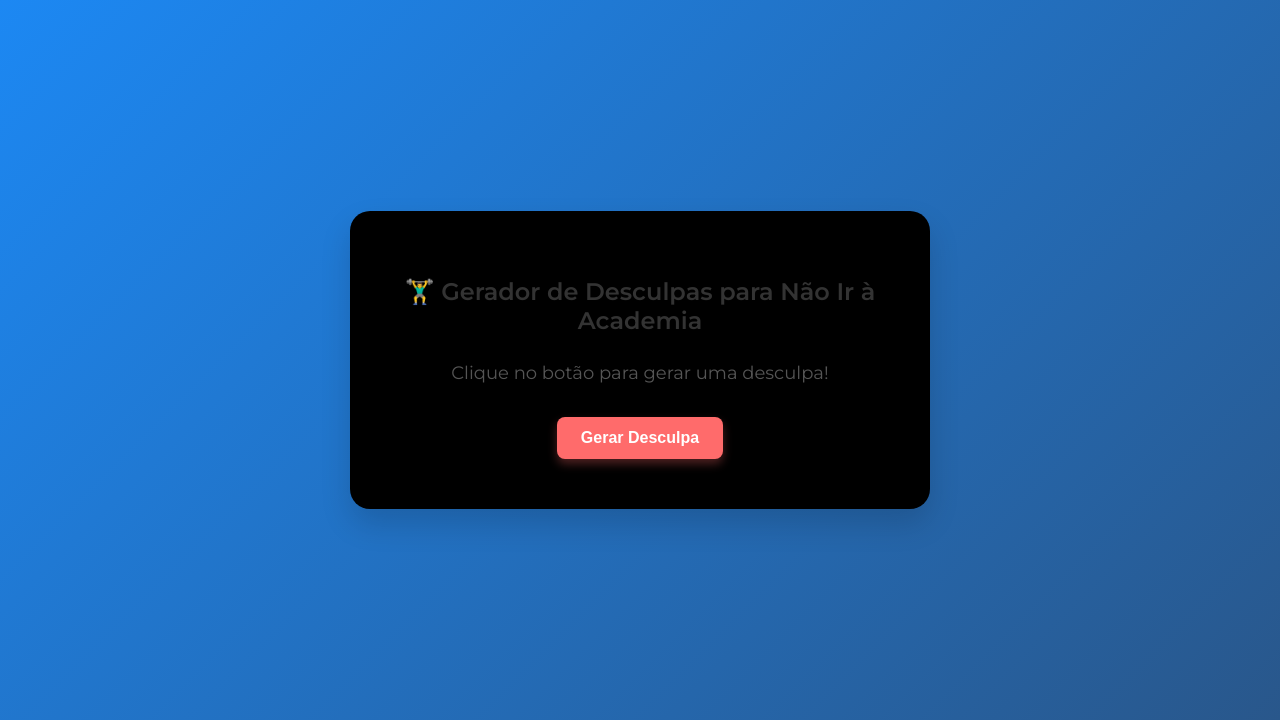
Repository: Wbyh7z/gerador-de-projeto
Page: index.html
These files come from the project's save history. The page is drawn as it stood at one moment and after the next save; the edit follows.
The browser window is 1280 px wide. The pictures show the whole page.

Above is the page before, as saved 2025-08-08 15:25:19.

### index.html
<!DOCTYPE html>
<html lang="pt-BR">
<head>
  <meta charset="UTF-8">
  <title>Gerador de Desculpas</title>
  <link rel="stylesheet" href="style.css">
</head>
<body>
  <div class="container">
    <h1>🏋️‍♂️ Gerador de Desculpas para Não Ir à Academia</h1>
    <p id="desculpa">Clique no botão para gerar uma desculpa!</p>
    <button onclick="gerarDesculpa()">Gerar Desculpa</button>
  </div>
  <script src="index.js"></script>
</body>
</html>

### style.css
@import url('https://fonts.googleapis.com/css2?family=Montserrat:wght@400;600&display=swap');

body {
  font-family: 'Montserrat', sans-serif;
  background: linear-gradient(135deg, #1c88f3, #29578b);
  display: flex;
  justify-content: center;
  align-items: center;
  height: 100vh;
  margin: 0;
}

.container {
  background-color: #000000;
  padding: 50px 40px;
  border-radius: 20px;
  box-shadow: 0 15px 30px rgba(0, 0, 0, 0.15);
  text-align: center;
  max-width: 500px;
  width: 90%;
  transition: all 0.3s ease;
}

h1 {
  font-size: 24px;
  color: #333;
  margin-bottom: 25px;
}

#desculpa {
  font-size: 18px;
  color: #555;
  margin-bottom: 30px;
  line-height: 1.5;
}

button {
  padding: 12px 24px;
  font-size: 16px;
  background-color: #ff6b6b;
  color: white;
  border: none;
  border-radius: 8px;
  cursor: pointer;
  font-weight: 600;
  box-shadow: 0 5px 10px rgba(255, 107, 107, 0.3);
  transition: background-color 0.3s ease, transform 0.2s ease;
}

button:hover {
  background-color: #ff4c4c;
  transform: scale(1.05);
}

### index.js
const inicios = [
  "Hoje não vai dar porque",
  "Infelizmente não posso ir porque",
  "A academia vai ter que esperar, pois"
];

const motivos = [
  "meu joelho está em greve",
  "o universo mandou sinais contraditórios",
  "meu gato está carente",
  "minha motivação tirou férias",
  "a gravidade está mais forte hoje"
];

const finais = [
  "...e eu respeito os ciclos cósmicos.",
  "...e não quero desafiar o destino.",
  "...e isso é autocuidado.",
  "...e meu sofá precisa de mim.",
  "...e é uma questão de sobrevivência emocional."
];

function gerarDesculpa() {
  const inicio = inicios[Math.floor(Math.random() * inicios.length)];
  const motivo = motivos[Math.floor(Math.random() * motivos.length)];
  const final = finais[Math.floor(Math.random() * finais.length)];

  const desculpa = `${inicio} ${motivo} ${final}`;
  document.getElementById("desculpa").textContent = desculpa;
}

After the next save:
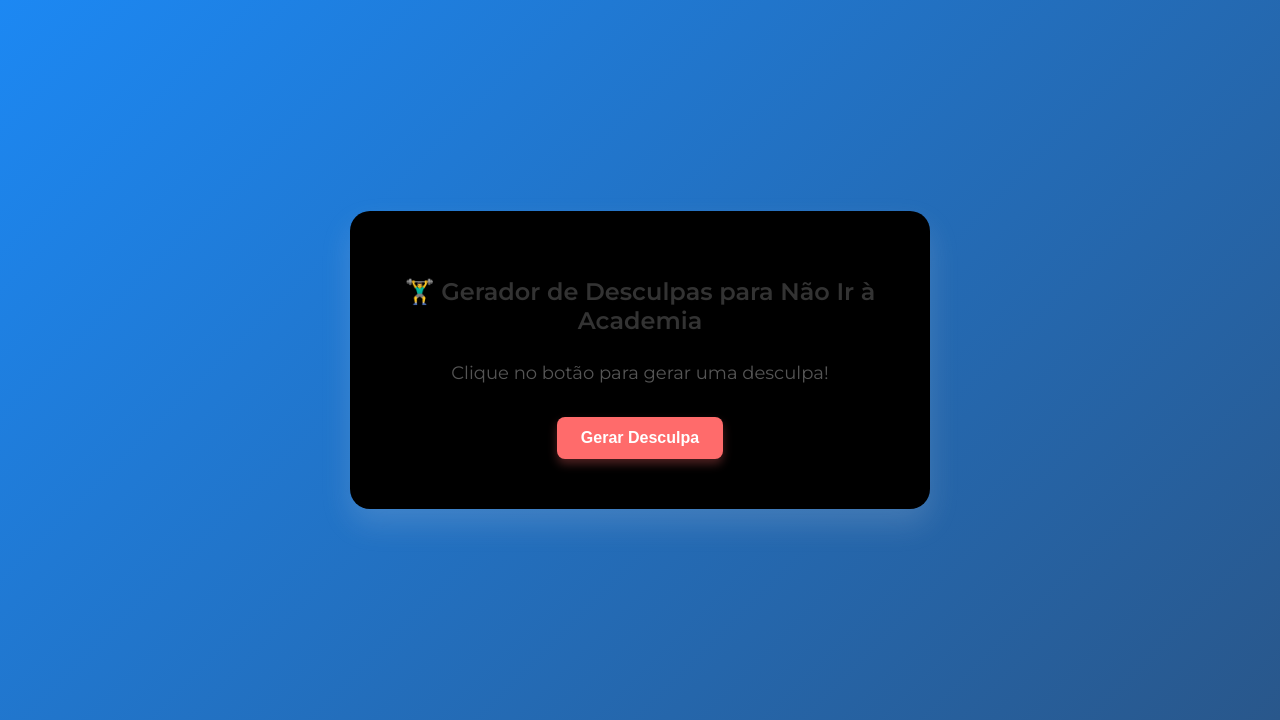
Saved 11 s later.
--- a/style.css
+++ b/style.css
@@ -14,7 +14,7 @@ body {
   background-color: #000000;
   padding: 50px 40px;
   border-radius: 20px;
-  box-shadow: 0 15px 30px rgba(0, 0, 0, 0.15);
+  box-shadow: 0 15px 30px rgba(240, 236, 236, 0.15);
   text-align: center;
   max-width: 500px;
   width: 90%;
